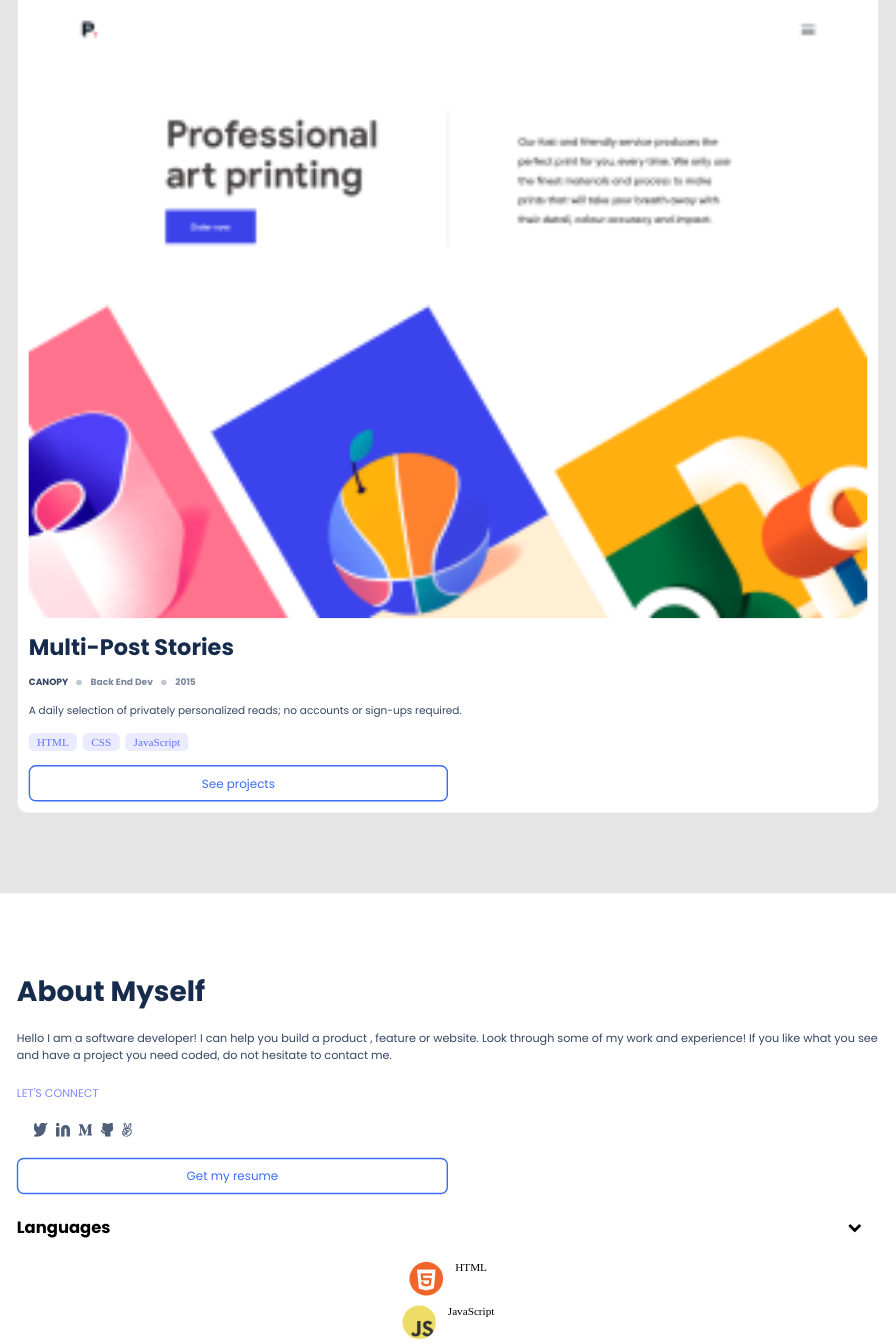
Repository: Paulinelali/potfoilo.github.io
Page: public/index.html
These files come from the project's save history. The page is drawn as it stood at one moment and after a run of saves; the edit follows.
The browser window is 1280 px wide. The pictures show the part of the page from y = 4580 to 6500 px (the page is 7001 px tall), at 70% of full size.

Above is the page before, as saved 2023-03-31 08:25:25.

After the next 2 saves:
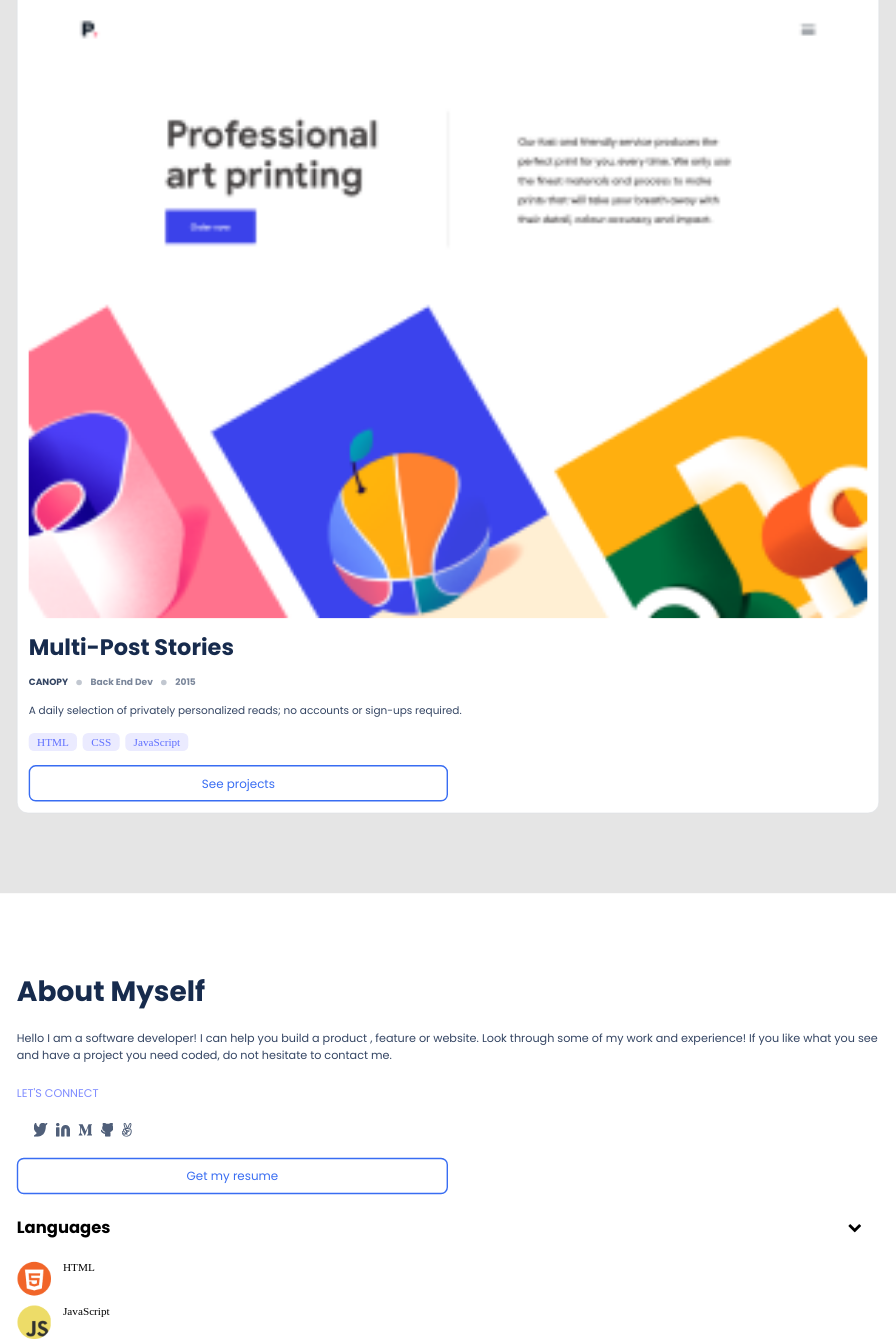
The 2 saves are shown as one change because they came seconds apart.
The last was saved 13 s later.
--- a/styles/style.css
+++ b/styles/style.css
@@ -236,5 +236,5 @@ color: #7F8CFF;
 .css, .js, .html{
   display: flex;
   gap: 16px;
-  justify-content: center;
-}
+  align
+}
